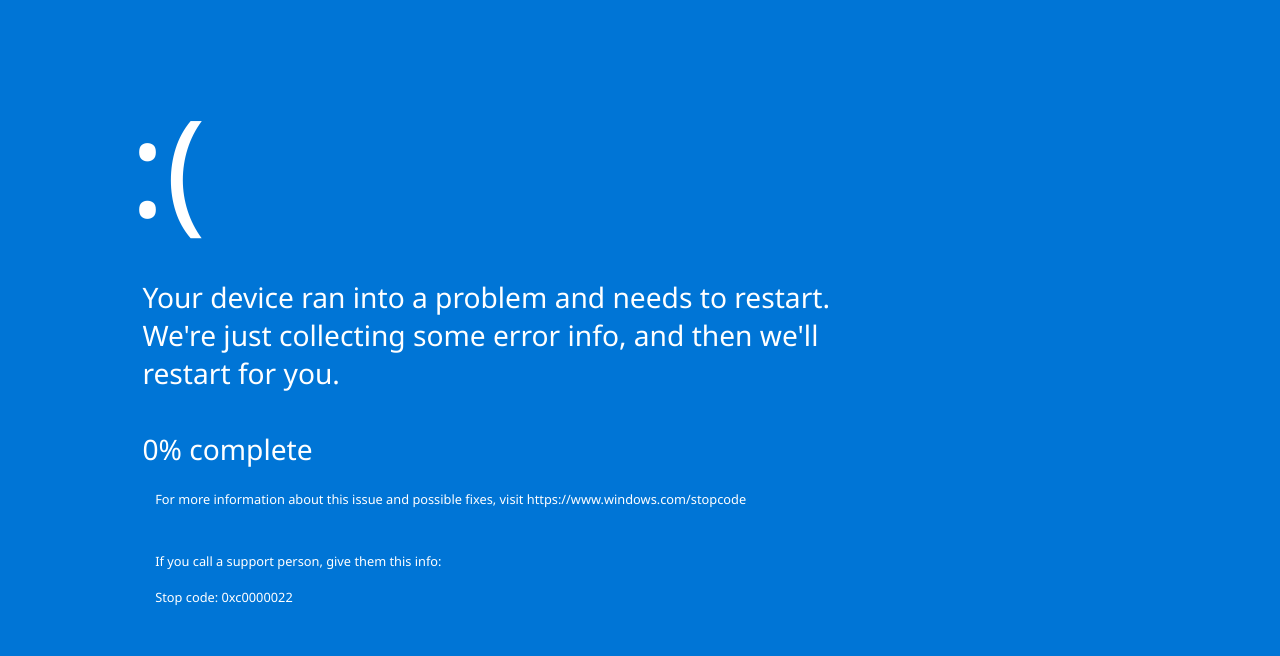
Repository: end888160/end888160.github.io
Page: BSoD2.html
The author's editor kept a copy of each file at every save. The page is drawn from the files as they stood at one save, then again after the next save.
The browser window is 1280 px wide. The pictures show the whole page.

Above is the page before, as saved 2024-09-22 23:24:25.

### BSoD2.html
<!DOCTYPE html>
<html lang="en">
	<meta name="viewport" content="width=device-width, initial-scale=1">
<style>
   html {
		font-family: 'Segoe UI', Tahoma, Geneva, Verdana, sans-serif!important;
		background-color: #0075d6!important;
		color:#ffffff!important;
		padding-left: 9.5vw;
	}

	#face {
		padding-top: 9vh;
		font-weight: 350;
		font-size: 10.5vw;
	}

	#your {
		font-weight: 100;
		font-size: 2.2vw;
		padding-left: 1vw;

	}
	#for {
		font-weight: 100;
		font-size: 1vw;
		padding-left: 2vw;
	}

</style>
<div id="face">:(</div><br>
<div id="your">Your device ran into a problem and needs to restart.<br>
	We're just collecting some error info, and then we'll<br>
	restart for you.<br>
	<br>
	0% complete </div>
	<br>
	<div id="for">For more information about this issue and possible fixes, visit https://www.windows.com/stopcode</div><br>
		<br>
		<div id="for">If you call a support person, give them this info:<br><br>
		Stop code: 0xc0000022 </div>
</html>

After the next save:
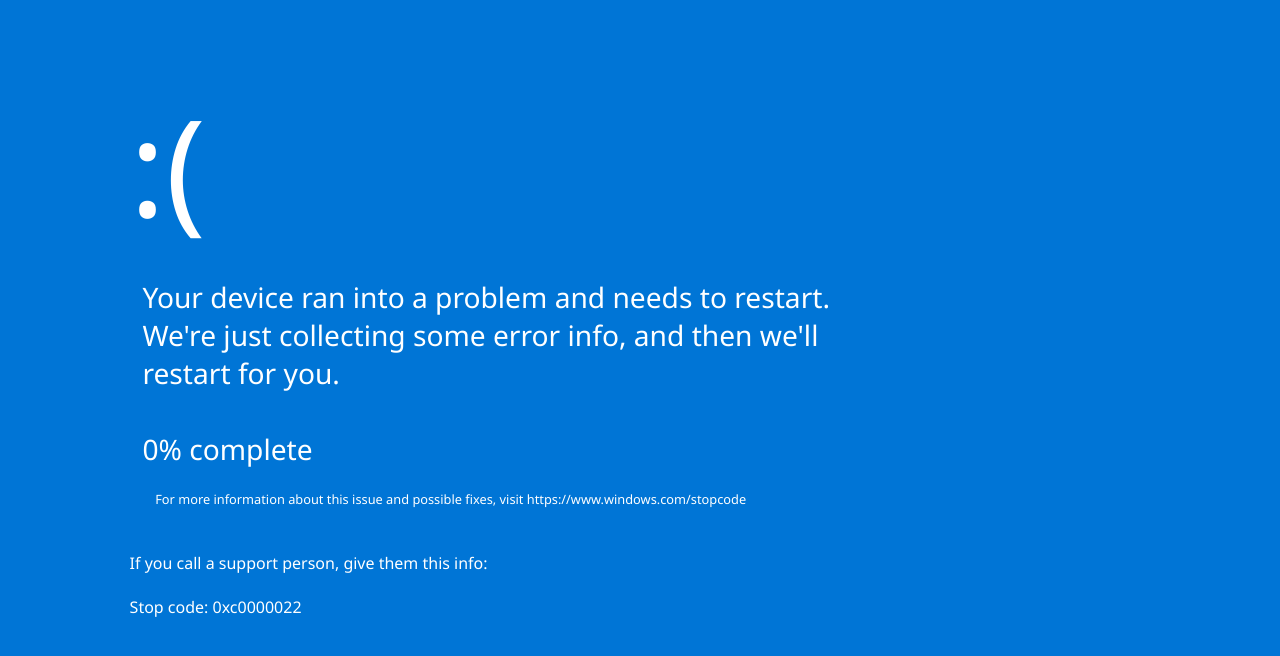
Saved 15 s later.
--- a/BSoD2.html
+++ b/BSoD2.html
@@ -37,6 +37,6 @@
 	<br>
 	<div id="for">For more information about this issue and possible fixes, visit https://www.windows.com/stopcode</div><br>
 		<br>
-		<div id="for">If you call a support person, give them this info:<br><br>
+		<div id="If">If you call a support person, give them this info:<br><br>
 		Stop code: 0xc0000022 </div>
 </html>

After the 2 saves that followed:
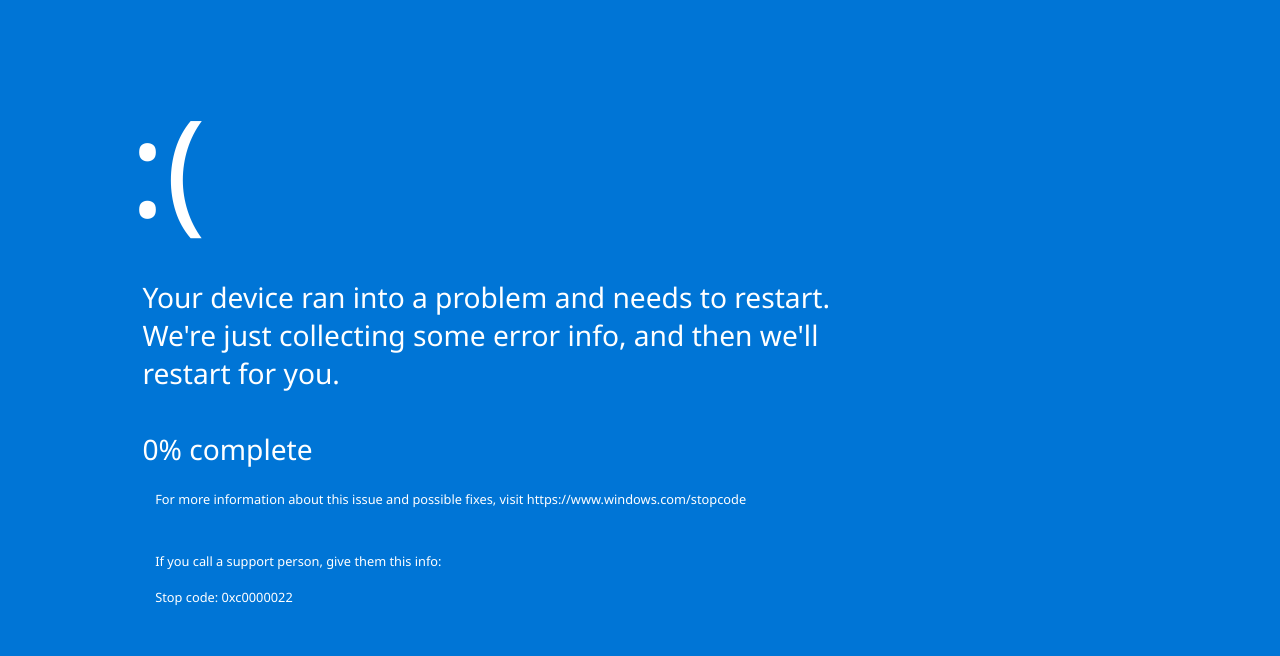
The 2 saves are shown as one change because they came seconds apart.
The last was saved 7 s later.
--- a/BSoD2.html
+++ b/BSoD2.html
@@ -26,6 +26,11 @@
 		font-size: 1vw;
 		padding-left: 2vw;
 	}
+	#If {
+		font-weight: 100;
+		font-size: 1vw;
+		padding-left: 2vw;
+	}
 
 </style>
 <div id="face">:(</div><br>
